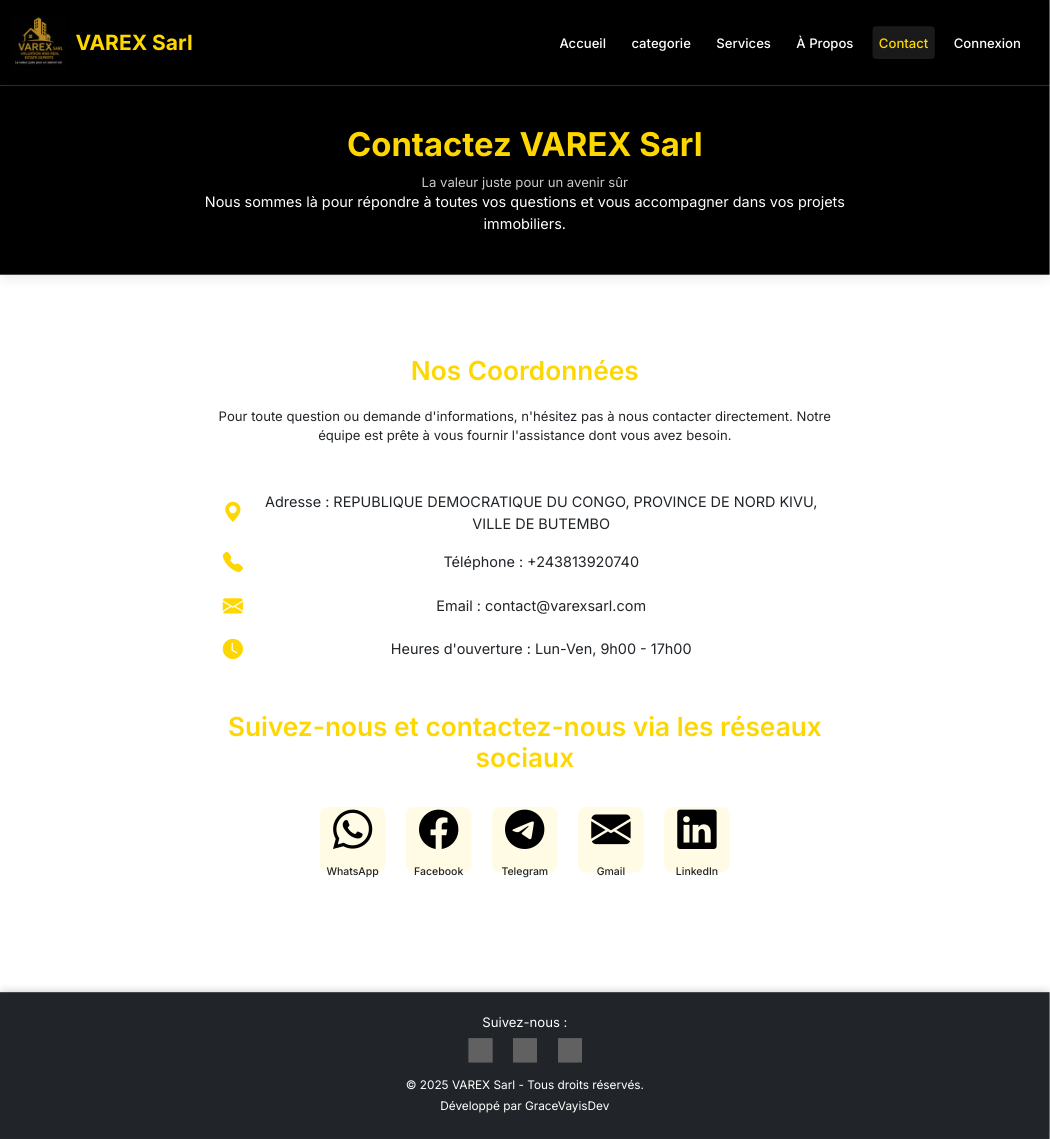
Repository: gradi243/catine
Page: contact.html
An editor plug-in stored every save of this project. The page is shown before and after a run of saves, followed by the edit.
The browser window is 1280 px wide. The pictures show the whole page, at 82% of full size.
Pictures or frames that could not be fetched are drawn as grey boxes.

Above is the page before, as saved 2025-07-01 00:07:57.

After the next 9 saves:
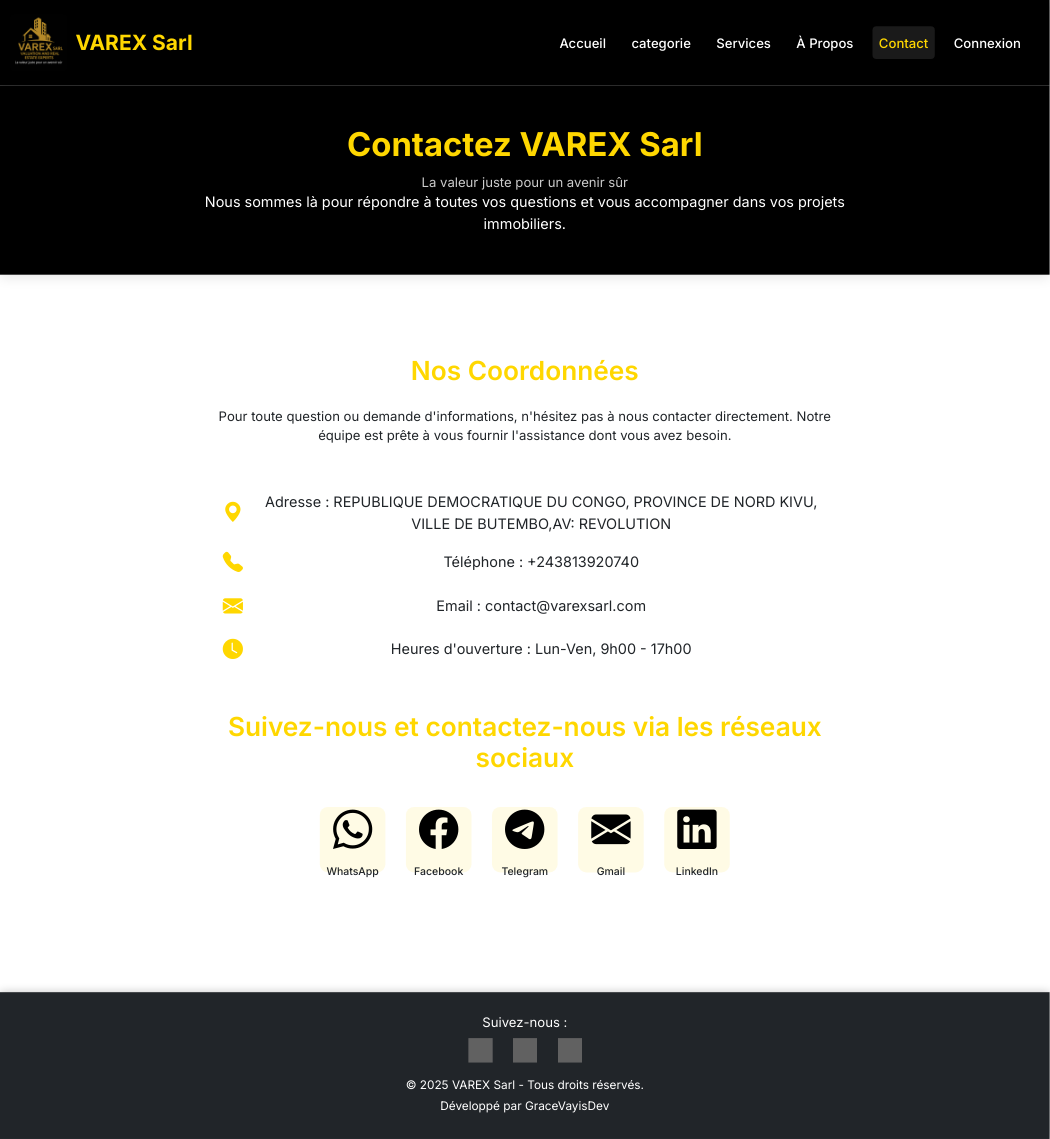
The 9 saves are shown as one change because they came seconds apart.
The last was saved 3 min 20 s later.
--- a/contact.html
+++ b/contact.html
@@ -307,7 +307,7 @@
             <ul class="list-group list-group-flush contact-info text-center">
                 <li class="list-group-item d-flex align-items-center justify-content-center">
                     <i class="bi bi-geo-alt-fill me-3"></i>
-                    <span>Adresse : REPUBLIQUE DEMOCRATIQUE DU CONGO, PROVINCE DE NORD KIVU, VILLE DE BUTEMBO</span>
+                    <span>Adresse : REPUBLIQUE DEMOCRATIQUE DU CONGO, PROVINCE DE NORD KIVU, VILLE DE BUTEMBO,AV:  REVOLUTION</span>
                 </li>
                 <li class="list-group-item d-flex align-items-center justify-content-center">
                     <i class="bi bi-telephone-fill me-3"></i>
